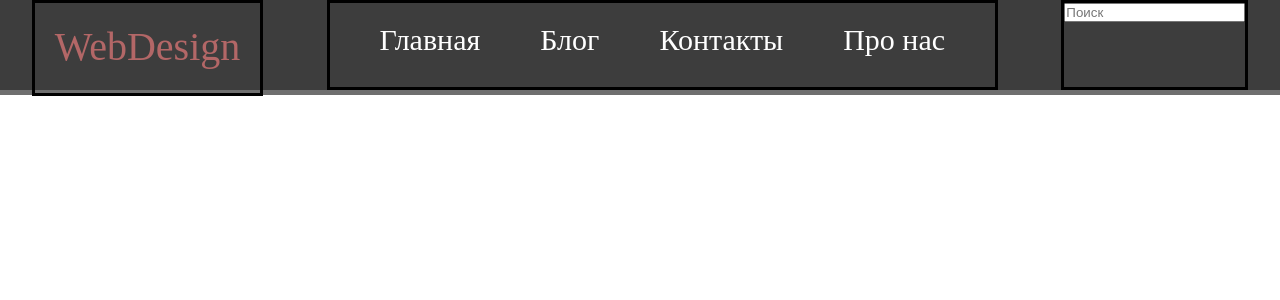
Repository: andbaik/Itprog
Page: index.htm
These files come from the project's save history. The page is drawn as it stood at one moment and after a run of saves; the edit follows.
The browser window is 1280 px wide. The pictures show the whole page.

Above is the page before, as saved 2021-01-19 16:41:35.

After the next 7 saves:
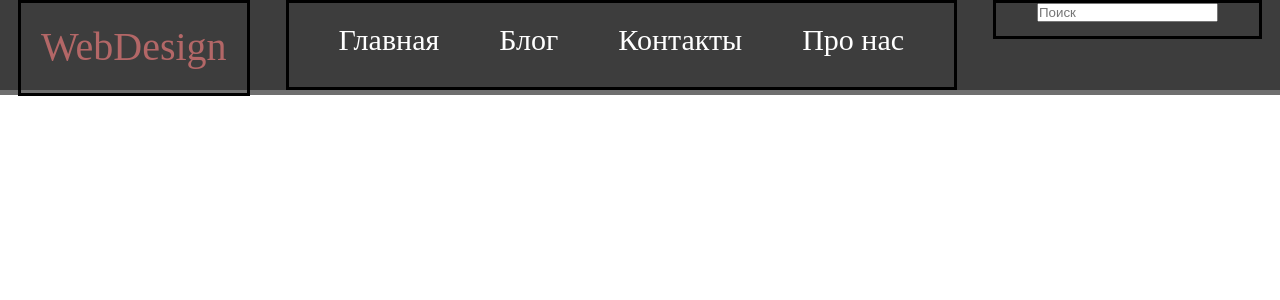
The 7 saves are shown as one change because they came seconds apart.
The last was saved 39 s later.
--- a/css/style.css
+++ b/css/style.css
@@ -54,7 +54,8 @@ a {
 
 
 .search {
-    width: ;
+    width: 263px;
+    height: 33px;
     margin: 0 auto;
     border: 3px solid black;
 
